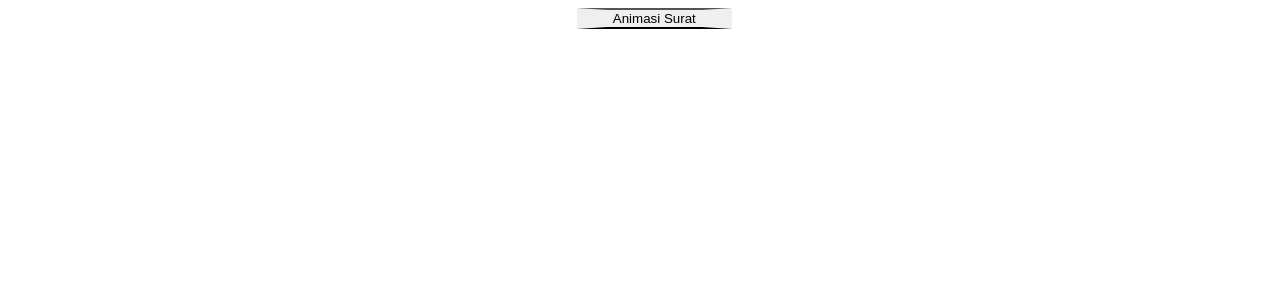
Repository: Irantsitumorang/projectRepo1
Page: BelajarJS/LatihanHTML/WebContent/suratj.html
The author's editor kept a copy of each file at every save. The page is drawn from the files as they stood at one save, then again after the next save.
The browser window is 1280 px wide. The pictures show the whole page.

Above is the page before, as saved 2021-07-01 10:20:03.

### BelajarJS/LatihanHTML/WebContent/suratj.html
<!DOCTYPE html>
<html>
<head>
	<meta charset="UTF-8">
    <meta http-equiv="X-UA-Compatible" content="IE=edge">
    <meta name="viewport" content="width=device-width, initial-scale=1.0">
    <script src="https://ajax.googleapis.com/ajax/libs/jquery/3.5.1/jquery.min.js"></script>
    <title>Document</title>

    <style>

	#bg{
	margin-left: 45%;
	border-left: 30px solid transparent;
	border-right: 30px solid transparent;
	}

    #surat1 {
    width: 0;
    height: 0;

    border-left: 70px solid transparent;
	border-right: 70px solid transparent;
	border-bottom: 70px solid red;
	margin-left: 50%;
    }

    #surat2 {
    width: 0;
    height: 0;

    border-left: 70px solid transparent;
	border-right: 70px solid transparent;
	border-top: 70px solid red;
	margin-left: 50%;
    }

     #surat3 {
    width: 0;
    height: 0;

    border-left: 70px solid transparent;
	border-right: 70px solid transparent;
	border-top: 70px solid red;
	margin-left: 50%;
    }

</style>

<script>

$(document).ready(function(){
  $("button").click(function(){
    $("#surat1").fadeIn(4000);
    $("#surat2").fadeIn(7000);
    $("#surat3").fadeIn(9000);
  });
});

</script>
</head>
<body>

<button id="bg">Animasi Surat</button><br><br>

<div id="surat1" style="display:none; background-color:yellow;"></div><br>
<div id="surat2" style="display:none; background-color:orange;"></div><br>
<div id="surat3" style="display:none; background-color:blue;"></div>

</body>
</html>

After the next save:
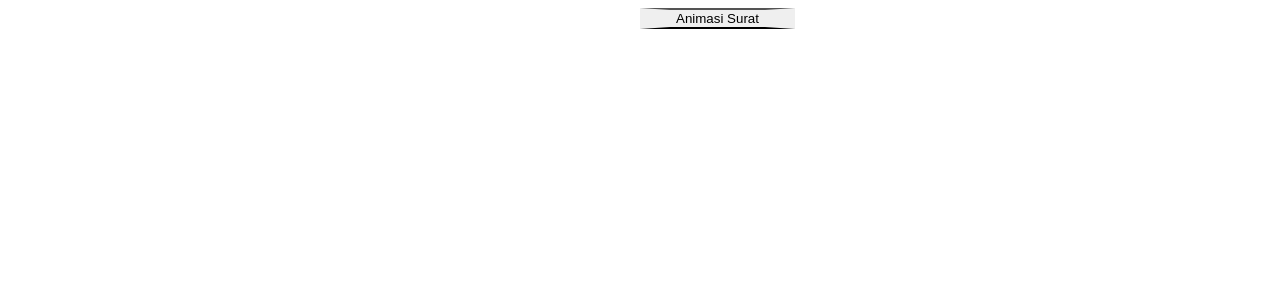
Saved 19 s later.
--- a/BelajarJS/LatihanHTML/WebContent/suratj.html
+++ b/BelajarJS/LatihanHTML/WebContent/suratj.html
@@ -10,7 +10,7 @@
     <style>
 
 	#bg{
-	margin-left: 45%;
+	margin-left: 50%;
 	border-left: 30px solid transparent;
 	border-right: 30px solid transparent;
 	}
